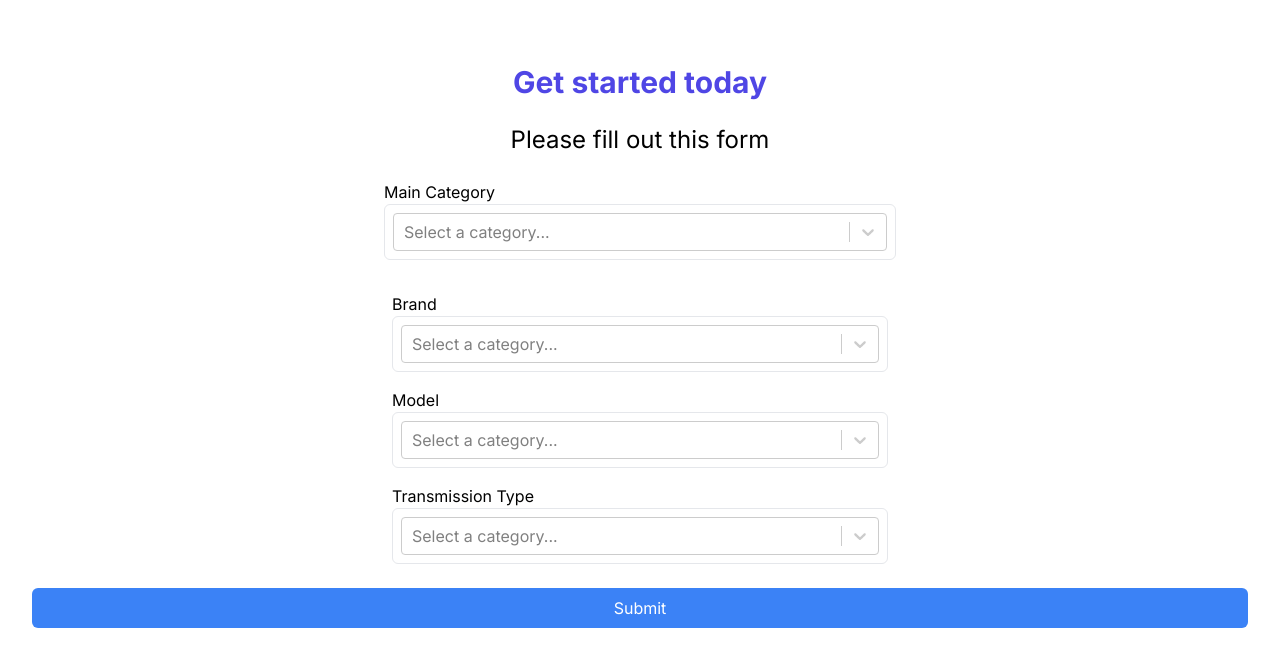
Repository: abdulrahmanmahmood/Mazaady-Portal-Frontend-Task-react-next--1
Page: /
An editor plug-in stored every save of this project. The page is shown before and after a run of saves, followed by the edit.
The browser window is 1280 px wide. The pictures show the whole page.
The page's requests for data from a server got no answer. The project was rebuilt for these pictures with package versions that can differ from the ones it lists, and the page was loaded fresh each time. The framework's server and built-in components were replaced by stand-ins that run in the browser. No one was signed in, and anything a server would have sent is missing. Also part of the build but not shown: next.config.mjs.

Above is the page before, as saved 2024-01-29 21:25:38.

### app/page.js
"use client";
import Image from "next/image";
import Select from "react-select";
import { useEffect, useState } from "react";
import MCApis from "./_utils/MCApis";
import CarsModels from "./_utils/CarsModels";

export default function Home() {
  const [cats, setCats] = useState([]);
  const [selectedCat, setSelectedCat] = useState(null);
  const [selectedCatChildren, setSelectedCatChildren] = useState([]);
  const [selectedChild, setSelectedChild] = useState(null);
  const [selectedProperty, setSelectedProperty] = useState(null);
  const [otherValue, setOtherValue] = useState("");
  const [CarBrand, setCarBrand] = useState([]);
  const [CarModel, setCarModel] = useState([]);
  const [carType, setCarType] = useState([]);
  const [selectedMainFormValues, setSelectedMainFormValues] = useState({
    mainCategory: "",
    subCategory: "",
    processType: "",
    otherValue: "",
  });

  const [selectedCarValues, setSelectedCarValues] = useState({
    brand: "",
    model: "",
    transmissionType: "",
  });

  useEffect(() => {
    getAllCategories();
    getCarsBrand();
    getCarsModel();
  }, []);

  const getAllCategories = () => {
    MCApis.getAllCats().then((res) => {
      setCats(res.data.data.categories);
    });
  };
  const getCarsBrand = () => {
    CarsModels.getCarBrand().then((res) => {
      setCarBrand(res.data.data[1].options);
      setCarType(res.data.data[2].options);
    });
  };

  const getCarsModel = () => {
    CarsModels.getCarModel().then((res) => {
      // console.log('cars models',res.data.data[0].options);
      setCarModel(res.data.data[0].options);
    });
  };

  const handleChange = (selectedOption) => {
    const selectedCatItem = cats.find((cat) => cat.id === selectedOption.value);

    setSelectedCat(selectedOption);
    setSelectedCatChildren(selectedCatItem?.children || []);
    setSelectedChild(null);
    setSelectedProperty(null);
    setOtherValue("");

    setSelectedMainFormValues((prevValues) => ({
      ...prevValues,
      mainCategory: selectedOption.label,
    }));
  };

  const handleChildChange = (selectedChildOption) => {
    setSelectedChild(selectedChildOption);
    setSelectedProperty(null);
    setOtherValue("");

    setSelectedMainFormValues((prevValues) => ({
      ...prevValues,
      subCategory: selectedChildOption.label,
    }));

  };

  const handlePropertyChange = (selectedPropertyOption) => {
    setSelectedProperty(selectedPropertyOption);
    if (selectedPropertyOption?.value !== "other") {
      setOtherValue("");
    }

    setSelectedMainFormValues((prevValues) => ({
      ...prevValues,
      processType: selectedPropertyOption.label,
    }));
  };

  const handleCarModelChange = (selectedModelOption) => {
    // ... (existing code)
    setSelectedCarValues((prevValues) => ({
      ...prevValues,
      model: selectedModelOption.label,
    }));
  };

  const handleTransmissionTypeChange = (selectedTypeOption) => {
    // ... (existing code)
    setSelectedCarValues((prevValues) => ({
      ...prevValues,
      transmissionType: selectedTypeOption.label,
    }));
  };

  const handleSubmit = () => {
    // Display the selected values in a table or perform other actions
    console.log("Selected Main Form Values:", selectedMainFormValues);
    console.log("Selected Car Values:", selectedCarValues);
  };

  return (
    <div className="mx-auto max-w-screen-xl px-4 py-16 sm:px-6 lg:px-8">
      <div className="mx-auto max-w-lg">
        <h1 className="text-center text-2xl font-bold text-indigo-600 sm:text-3xl">
          Get started today
        </h1>

        <h2 className="text-center text-2xl py-6">Please fill out this form</h2>

        {/* Main Category Dropdown */}
        <label htmlFor="main-category" className="">
          Main Category
        </label>
        <Select
          id="main-category"
          options={cats.map((item) => ({
            value: item?.id,
            label: item?.name,
          }))}
          onChange={handleChange}
          value={selectedCat}
          placeholder="Select a category..."
          className="p-2 border rounded-md focus:outline-none focus:ring focus:border-blue-300 mb-4 w-full"
        />

        {/* Children Category Dropdown */}
        {selectedCat && selectedCatChildren.length > 0 && (
          <>
            <label htmlFor="main-category" className="">
              Sub Category
            </label>

            <Select
              options={selectedCatChildren.map((child) => ({
                value: child.id,
                label: child.name,
              }))}
              onChange={handleChildChange}
              value={selectedChild}
              placeholder="Select a sub-category..."
              className="p-2 border rounded-md focus:outline-none focus:ring focus:border-blue-300 mb-4 w-full"
            />
          </>
        )}

        {/* Property Dropdown */}
        {selectedChild && (
          <>
            <label htmlFor="main-category" className="">
              Process Type
            </label>

            <Select
              options={(selectedChild?.properties || [])
                .map((property) => ({
                  value: property,
                  label: property,
                }))
                .concat([{ value: "other", label: "Other" }])}
              onChange={handlePropertyChange}
              value={selectedProperty}
              placeholder="Select a property..."
              className="p-2 border rounded-md focus:outline-none focus:ring focus:border-blue-300 mb-4 w-full"
            />
          </>
        )}

        {/* Display Selected Category, Children, and Property */}
        {selectedCat && (
          <>
            {selectedProperty && selectedProperty.value === "other" && (
              <input
                type="text"
                value={otherValue}
                onChange={(e) => setOtherValue(e.target.value)}
                placeholder="From user"
                className="mt-4 w-full rounded-md shadow-sm p-3 border"
              />
            )}
            {/* ... (your existing code) */}
          </>
        )}

        <div className="p-2 mt-6">
          <label htmlFor="main-category" className="">
            Brand
          </label>
          <Select
            id="main-category"
            options={CarBrand.map((item) => ({
              value: item?.id,
              label: item?.name,
            }))}
            // onChange={handleChange}
            // value={selectedCat}
            placeholder="Select a category..."
            className="p-2 border rounded-md focus:outline-none focus:ring focus:border-blue-300 mb-4 w-full"
          />
          <label htmlFor="main-category" className="">
            Model
          </label>
          <Select
            id="main-category"
            options={CarModel.map((item) => ({
              value: item?.id,
              label: item?.name,
            }))}
            // onChange={handleChange}
            // value={selectedCat}
            placeholder="Select a category..."
            className="p-2 border rounded-md focus:outline-none focus:ring focus:border-blue-300 mb-4 w-full"
          />
          <label htmlFor="main-category" className="">
            Transmission Type
          </label>
          <Select
            id="main-category"
            options={carType.map((item) => ({
              value: item?.id,
              label: item?.name,
            }))}
            // onChange={handleChange}
            // value={selectedCat}
            placeholder="Select a category..."
            className="p-2 border rounded-md focus:outline-none focus:ring focus:border-blue-300 mb-4 w-full"
          />{" "}
        </div>
      </div>
      <button
  onClick={handleSubmit}
  className="bg-blue-500 text-white p-2 rounded-md hover:bg-blue-700 focus:outline-none focus:ring focus:border-blue-300 w-full"
>
  Submit
</button>
    </div>
  );
}

### app/_utils/MCApis.js
const { default: axiosClient } = require("./axiosClient");

const getAllCats = ()=>axiosClient.get('/get_all_cats?=');

export default {
  getAllCats
}

### app/_utils/CarsModels.js
const { default: axiosClient } = require("./axiosClient");

const getCarBrand = () => axiosClient.get("/properties?cat=13 (2)");
const getCarModel = () => axiosClient.get("get-options-child/22");

export default {
  getCarBrand,
  getCarModel,
};

### app/_utils/axiosClient.js
const { default: axios } = require("axios");


const apiUrl = "https://staging.mazaady.com/api/v1";
const headers = {
  "private-key": "3%o8i}_;3D4bF]G5@22r2)Et1&mLJ4?$@+16"
};

const axiosClient = axios.create({
  baseURL:apiUrl,
  headers:headers

});

export default axiosClient;

Loaded but not shown: app/layout.js (common file); app/globals.css (common file); tailwind.config.js (common file)

After the next 2 saves:
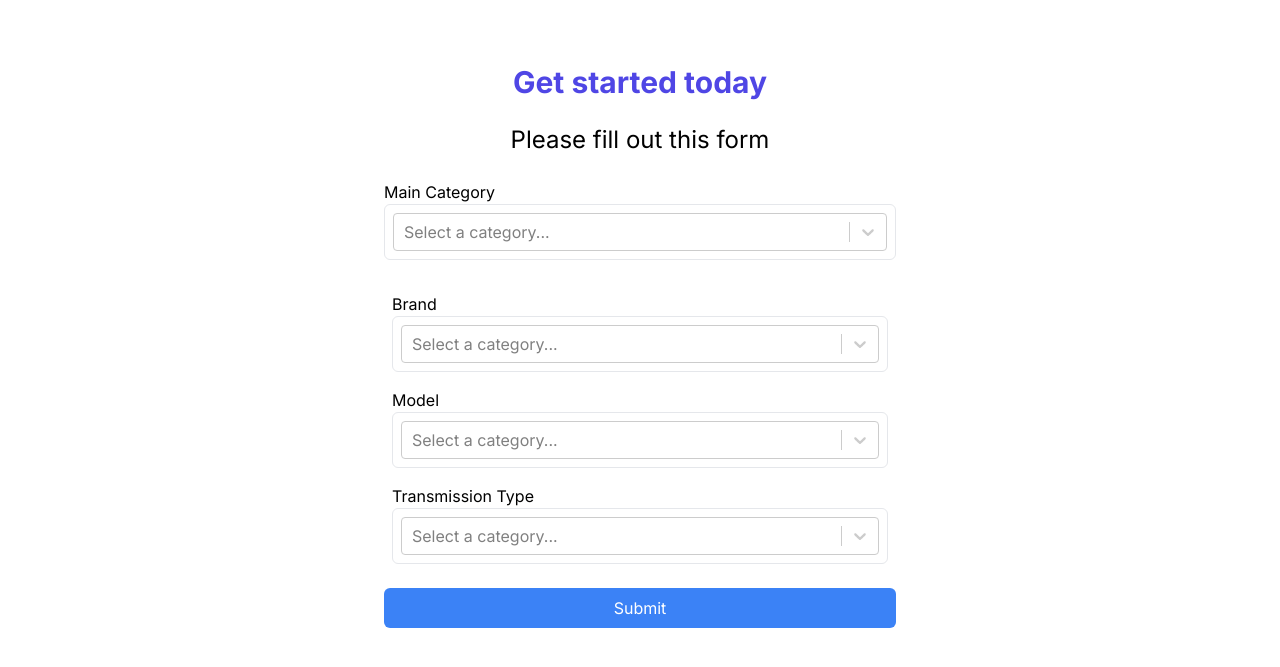
The 2 saves are shown as one change because they came seconds apart.
The last was saved 10 s later.
--- a/app/page.js
+++ b/app/page.js
@@ -241,13 +241,14 @@ export default function Home() {
             className="p-2 border rounded-md focus:outline-none focus:ring focus:border-blue-300 mb-4 w-full"
           />{" "}
         </div>
-      </div>
-      <button
+        <button
   onClick={handleSubmit}
   className="bg-blue-500 text-white p-2 rounded-md hover:bg-blue-700 focus:outline-none focus:ring focus:border-blue-300 w-full"
 >
   Submit
 </button>
+      </div>
+
     </div>
   );
 }
